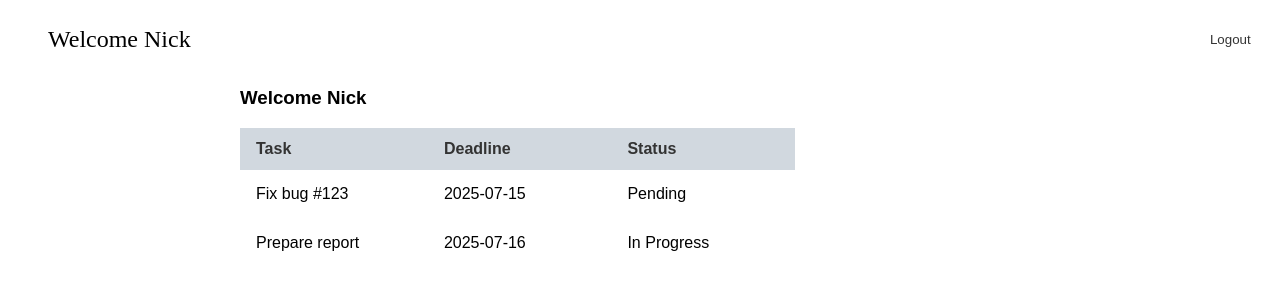
Repository: Edmund-Kiama/todoPHP
Page: /user (app in task-manager-frontend/)
These files come from the project's save history. The page is drawn as it stood at one moment and after a run of saves; the edit follows.
The browser window is 1280 px wide. The pictures show the whole page.
The project was rebuilt for these pictures with package versions that can differ from the ones it lists, and the page was loaded fresh each time. Also part of the build but not shown: task-manager-frontend/vite.config.js, task-manager-frontend/src/components/Login/login.css, task-manager-frontend/src/components/Login/Login.vue, task-manager-frontend/src/components/Admin/admin.css, task-manager-frontend/src/components/Admin/AdminDashboard.vue.

Above is the page before, as saved 2025-07-12 22:01:36.

### task-manager-frontend/src/App.vue
<script setup>
  import Navbar from './components/Navbar/Navbar.vue';
  import { store } from './store';
</script>

<template>
  <Navbar />
  <router-view />
</template>

### task-manager-frontend/src/router/index.js
import { createRouter, createWebHistory } from 'vue-router';
import Login from '../components/Login/Login.vue';
import AdminDashboard from '../components/Admin/AdminDashboard.vue';
import UserDashboard from '../components/User/UserDashboard.vue';

const routes = [
  { path: '/', name: 'Login', component: Login },
  { path: '/admin', name: 'AdminDashboard', component: AdminDashboard },
  { path: '/user', name: 'UserDashboard', component: UserDashboard }
];

const router = createRouter({
  history: createWebHistory(),
  routes
});

export default router;

### task-manager-frontend/src/components/Navbar/Navbar.vue

<template>
  <nav v-if="store.user.loggedIn" class="navbar">
    <ul>
      <li v-if="user.role === 'admin'">Welcome Admin {{ user.username }}</li>
      <li v-if="user.role === 'user'">Welcome {{ user.username }}</li>
      <li><button @click="logout">Logout</button></li>
    </ul>
  </nav>
</template>

<script setup>
  import "./nav.css"
  import { store } from '../../store'
  import { useRouter } from 'vue-router'

  const router = useRouter()

  const user = store.user
  if (!user.loggedIn) router.push('/')

  function logout() {
    store.user.role = null
    store.user.loggedIn = false
    localStorage.removeItem('token')
    router.push('/')
  }
</script>

### task-manager-frontend/src/store.js
import { reactive } from 'vue'

export const store = reactive({
  user: {
    role: "user",
    loggedIn: true,
    username: "Nick"
  },
})

### task-manager-frontend/src/components/User/UserDashboard.vue
<script setup>
  import './user.css'
  import { ref, computed } from 'vue';
  import { store } from '../../store';

  // Mocked logged-in user
  const currentUser = 'user@example.com';
  const user = store.user

  // Mocked task list — in a real app, fetch from backend
  const allTasks = ref([
    { title: 'Fix bug #123', user: 'user@example.com', deadline: '2025-07-15', status: 'Pending' },
    { title: 'Prepare report', user: 'user@example.com', deadline: '2025-07-16', status: 'In Progress' },
    { title: 'Update Docs', user: 'bob@example.com', deadline: '2025-07-17', status: 'Pending' }
  ]);

  const userTasks = computed(() =>
    allTasks.value.filter(task => task.user === currentUser)
  );

  function nextStatus(status) {
    if (status === 'Pending') return 'In Progress';
    if (status === 'In Progress') return 'Completed';
    return '';
  }

  function advanceStatus(index) {
    const task = userTasks.value[index];
    if (task.status === 'Pending') {
      task.status = 'In Progress';
    } else if (task.status === 'In Progress') {
      task.status = 'Completed';
    }
  }
</script>
<template>
    <div class="user-dashboard">
      <section>
        <h3>Welcome {{ user.username }}</h3>
        <table v-if="userTasks.length">
          <thead>
            <tr>
              <th>Task</th><th>Deadline</th><th>Status</th>
            </tr>
          </thead>
          <tbody>
            <tr v-for="(task, index) in userTasks" :key="index">
              <td>{{ task.title }}</td>
              <td>{{ task.deadline }}</td>
              <td>{{ task.status }}</td>
              <td>
                <button
                  v-if="task.status !== 'Completed'"
                  @click="advanceStatus(index)"
                >
                  Mark as {{ nextStatus(task.status) }}
                </button>
              </td>
            </tr>
          </tbody>
        </table>

        <p v-else>No tasks assigned to you.</p>
      </section>
    </div>
</template>

### task-manager-frontend/src/components/Navbar/nav.css
.navbar {
    background: white;
}
.navbar ul {
    display: flex;
    justify-content: space-between;
    align-items: center;
    gap: 1rem;
    list-style: none;
    font-size: 1.5em;
}
.navbar ul li {
    display: flex;
    align-items: center;
}
.navbar button {
    text-decoration: none;
    background: none;
    border: none;
    padding: 0.5rem;
    border-radius: 5px;
    color: #333;
    transition: all;
    transition-duration: 300ms;
    cursor: pointer;
    margin-right: 1em;
}
.navbar button:hover {
    background-color:  #3498db;
    color: white;
}

### task-manager-frontend/src/components/User/user.css
.user-dashboard {
    max-width: 800px;
    margin: 2rem auto;
    font-family: Arial, sans-serif;
}

.user-dashboard table {
    width: 100%;
    border-collapse: collapse;
    margin-top: 1rem;
    font-family: sans-serif;
    border: none; /* remove outer border */
}
.user-dashboard th,
.user-dashboard td {
    padding: 0.75rem 1rem;
    text-align: left;
    border: none; /* remove inner lines */
    vertical-align: middle;
    min-width: 100px;
}

.user-dashboard th {
    background-color: #d1d8df;
    font-weight: bold;
    color: #333;
}

.user-dashboard td button {
    visibility: hidden;
    background-color: #4DA2F7;
    color: white;
    border: none;
    padding: 5px 10px;
    margin-right: 5px;
    border-radius: 4px;
    cursor: pointer;
    transition: background-color 0.2s ease;
}

.user-dashboard button:hover {
    background-color: #1c74d9;
}

.user-dashboard tr:hover td button {
    visibility: visible;
}

.user-dashboard tr:hover {
    background-color: #f0f8ff;
}

Loaded but not shown: task-manager-frontend/index.html (common file); task-manager-frontend/src/main.js (common file)

After the next 4 saves:
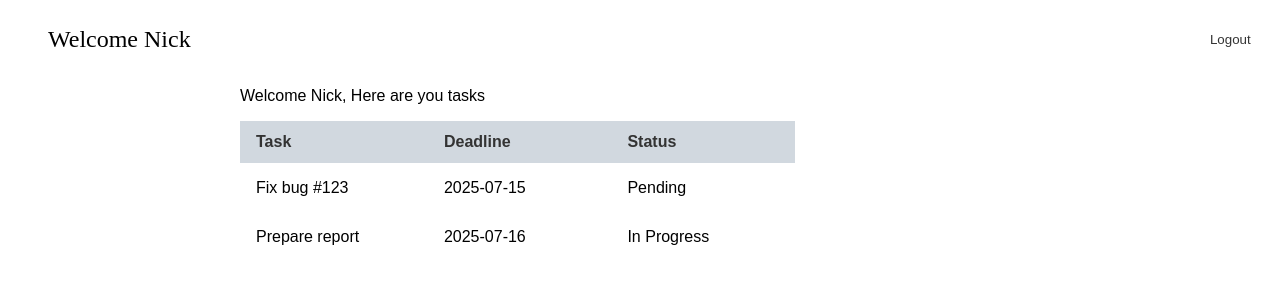
The 4 saves are shown as one change because they came seconds apart.
The last was saved 20 s later.
--- a/task-manager-frontend/src/components/User/UserDashboard.vue
+++ b/task-manager-frontend/src/components/User/UserDashboard.vue
@@ -36,7 +36,7 @@
 <template>
     <div class="user-dashboard">
       <section>
-        <h3>Welcome {{ user.username }}</h3>
+        <p>Welcome {{ user.username }}, Here are you tasks</p>
         <table v-if="userTasks.length">
           <thead>
             <tr>
